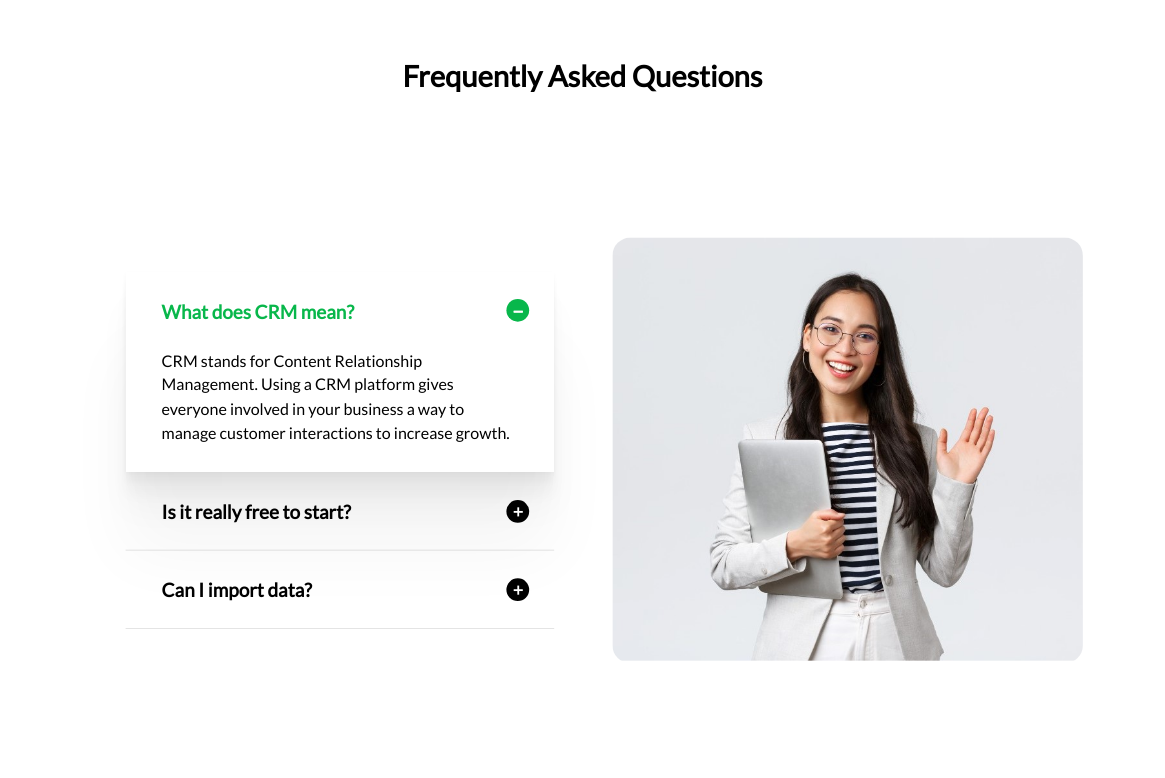
Repository: emiliaiwu/faq_component
Page: index.html
The author's editor kept a copy of each file at every save. The page is drawn from the files as they stood at one save, then again after the next save.
The browser window is 1280 px wide. The pictures show the whole page, at 91% of full size.
Some icons come from a web library that is not loaded, so they are not drawn. Some web libraries are served in a nearby version.

Above is the page before, as saved 2022-12-13 20:59:59.

### index.html
<!DOCTYPE html>
<html lang="en">
<head>
    <meta charset="UTF-8">
    <meta http-equiv="X-UA-Compatible" content="IE=edge">
    <meta name="viewport" content="width=device-width, initial-scale=1.0">
    <link rel="stylesheet" href="style.css">
    <script src="https://kit.fontawesome.com/fd9c36575f.js" crossorigin="anonymous"></script>
    <title>FAQ Component</title>
</head>
<body>
        <h2>Frequently Asked Questions</h2>
        <article class="faq_component">
            <div class="faq_container">
                <div class="faq_content active">
                    <div class="faq_header">
                        <h3>What does CRM mean?</h3>

                        <div class="toggle-parent">
                             <div class="toggle">
                                <i class="fa-solid fa-circle-minus"></i>
                            </div>
                        </div>
                    </div>
                    <div class="content_wrap">
                        <p class="content hidden">
                            CRM stands for Content Relationship Management. Using a CRM platform gives everyone involved in your business a way to manage customer interactions to increase growth.
                        </p>
                    </div>
                </div>

                <div class="faq_content">
                    <div class="faq_header">
                        <h3>Is it really free to start?</h3>
                        <div class="toggle-parent">
                             <div class="toggle">
                                <i class="fa-solid fa-circle-minus"></i>
                            </div>
                        </div>
                    </div>
                    <div class="content_wrap">
                        <p class="content">
                            Yes! You can opt to stay within the free tier for as long as you want to. It’s a great way to get a feel for the platform before deciding to upgrade to take advantage of the more advanced features.
                        </p>
                    </div>
                </div>

                <div class="faq_content">
                    <div class="faq_header">
                        <h3>Can I import data?</h3>
                        <div class="toggle-parent">
                             <div class="toggle">
                                <i class="fa-solid fa-circle-minus"></i>
                            </div>
                        </div>
                    </div>
                    <div class="content_wrap">
                         <p class="content">
                            Yes! Getting your existing data in is easy. Simply export your existing customers to a .csv file and import them within a couple of clicks.
                        </p>
                    </div>
                </div>
            </div>
            <div class="faq_image">
                <img src="img/meeting.jpg" alt="">
            </div>
        </article>
 <script src="script.js"></script>
</body>
</html>

### style.css
@import url('https://fonts.googleapis.com/css2?family=Lato:wght@300;400&display=swap');

* {
    margin: 0;
    padding: 0;
    box-sizing: border-box;
}

body {
    font-family: 'Lato', sans-serif;
    max-width: 100vw;
    min-height: 100vh;
    flex-direction: column;

}

body,
.faq_component,
.faq_container {
    display: flex;
    align-items: center;
    justify-content: center;

}


/* TYPOGRAPHY */
h2 {
    margin: 4rem 0rem 2rem;
    text-align: center;
    font-size: 2rem;
    font-family: inherit;

}

h3 {
    font-size: 1.3rem;
    font-family: inherit;
}

p {
    font-size: 1.1rem;
    font-family: inherit;
    height: 100%;
    line-height: 1.5;
}


/* TOGGLE */

.fa-solid {
    font-size: 1.5rem;
}

/* MAIN BODY */
.faq_component {
    width: 100%;
    padding: 4rem 7vw;
    gap: 1rem;
    height: 100vh;
}

.faq_image {
    width: 100%;
    height: auto;
    border-radius: 20px;
    overflow: hidden;
}

img {
    width: 100%;
    height: auto;
}

.faq_container {
    width: 100%;
    padding: 0 3rem;
    flex-direction: column;
    z-index: 1000;
}

.faq_header {
    display: flex;
    align-items: center;
    justify-content: space-between;
    padding: 30px 0px 30px 0;
    gap: 2rem;
    position: relative;
}

.faq_content {
    padding: 0 40px;
    border-bottom: 1px solid rgba(0, 0, 0, 0.146);
    cursor: pointer;
    overflow: hidden;
}

.content_wrap {
    padding: 0 0 0px;
    visibility: hidden;
    max-height: 0px;
    transition: all .5s ease;


}

.toggle-parent {
    position: relative;
}

 .toggle {
    position: absolute;
    width: 25px;
    height: 25px;
    border-radius: 25px;
    background-color: black;
    top: 50%;
    left: 50%;
    transform: translate(-50%, -50%);
}


.faq_content .fa-circle-minus::before {
    content: '';
    position: absolute;
    background-color: rgb(255, 255, 255);
    width: 10px;
    height: 2px;
    margin-left: auto;
    margin-right: auto;
    top: 50%;
    left: 0;
    right: 0;
    transition: transform .45s cubic-bezier(.3,.4,.2,1),
        background-color .15s ease;
}

.faq_content .fa-circle-minus::after {
    content: '';
    position: absolute;
    transform: rotate(90deg);
    background-color: rgb(255, 255, 255);
    width: 10px;
    height: 2px;
    margin-left: auto;
    margin-right: auto;
    top: 50%;
    left: 0;
    right: 0;
    transition: transform .45s cubic-bezier(.3,.4,.2,1),
        background-color .15s ease;
}




/* ACTIVE CLASSES */

.faq_content.active {
    border: none;
    box-shadow: 0 90px 70px 0 rgb(0 0 0 / 4%),
        0 40px 35px 0 rgb(0 0 0 / 3%),
        0 25px 15px 0 rgb(0 0 0 / 3%),
        0 11px 7px 0 rgb(0 0 0 / 3%),
        0 2px 5px 0 rgb(0 0 0 / 3%);
}

.faq_content.active .faq_header {
    color:rgb(8, 183, 75);
    transition: color .15s ease;
}

.faq_content.active .fa-circle-plus {
    transform: rotate(45deg);
    transition: transform .45s cubic-bezier(.3,.4,.2,1);
}

.faq_content.active .toggle {
    background-color: rgb(8, 183, 75);
    transition: color .15s ease;
}


.faq_content.active .fa-circle-minus::after {
    background-color: #fff;
    transform: rotate(180deg);
    transition: transform .45s cubic-bezier(.3,.4,.2,1);
}


.faq_content.active .content_wrap {
    padding: 0 0 30px;
    visibility: visible;
    max-height: 150px;

}



@media only screen and (max-width: 1000px) {
    .faq_component {
        flex-direction: column;
        gap: 3rem;
        padding: 4rem 7vw;
    }

    h2 {
        margin-top: 3rem;
    }

    .faq_container {
        padding: 0;
    }

    .faq_content.active .content_wrap {
        max-height: 300px;
        padding: 0 0 30px;
    }
}

### script.js
'use strict';
const faqContent = document.querySelectorAll('.faq_content');


faqContent.forEach((faq) => {
    faq.addEventListener('click', function () {
        faq.classList.toggle('active');

    });
})

After the next save:
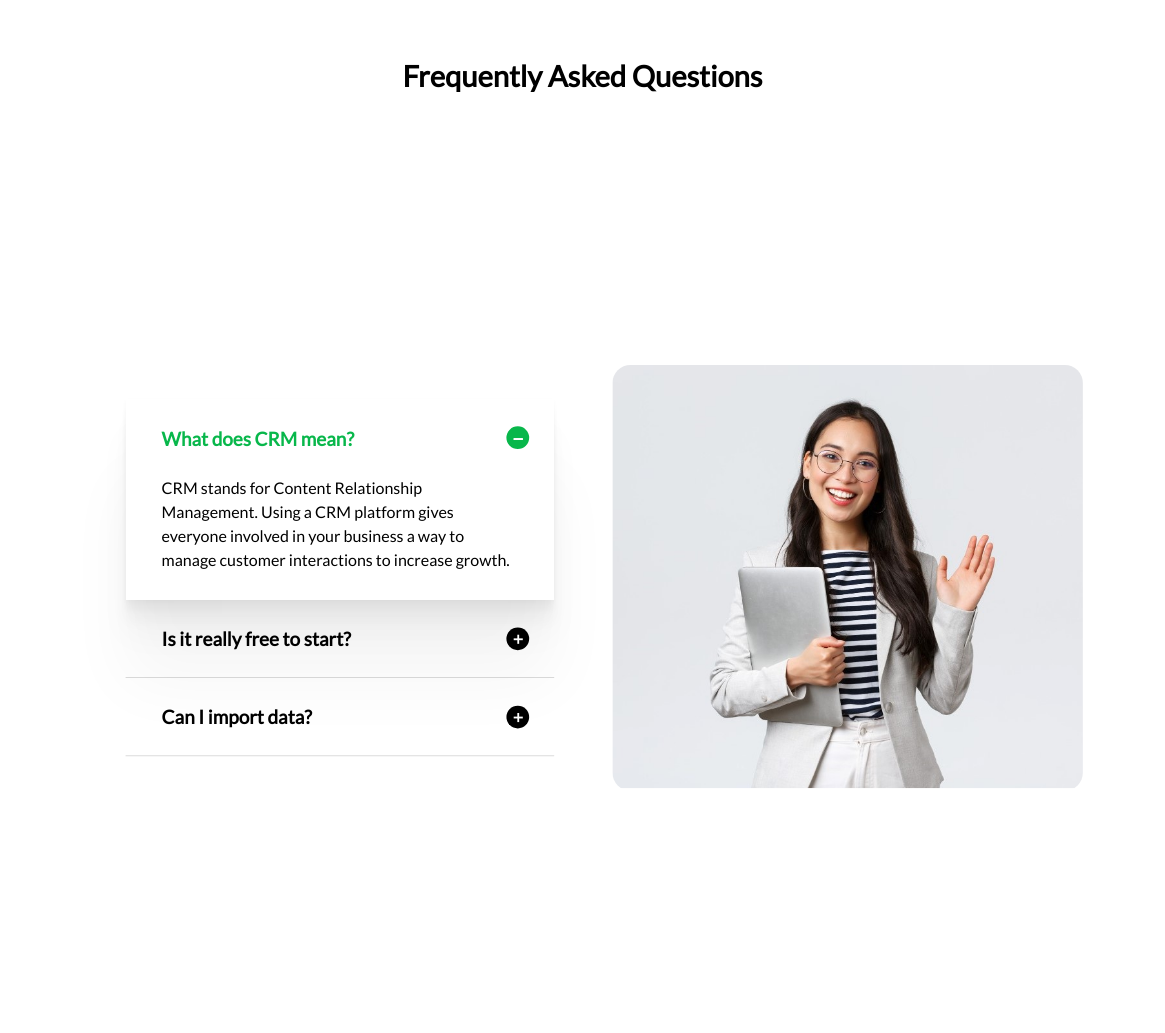
Saved 40 s later.
--- a/style.css
+++ b/style.css
@@ -57,7 +57,7 @@ p {
     width: 100%;
     padding: 4rem 7vw;
     gap: 1rem;
-    height: 100vh;
+    height: 1000px;
 }
 
 .faq_image {
